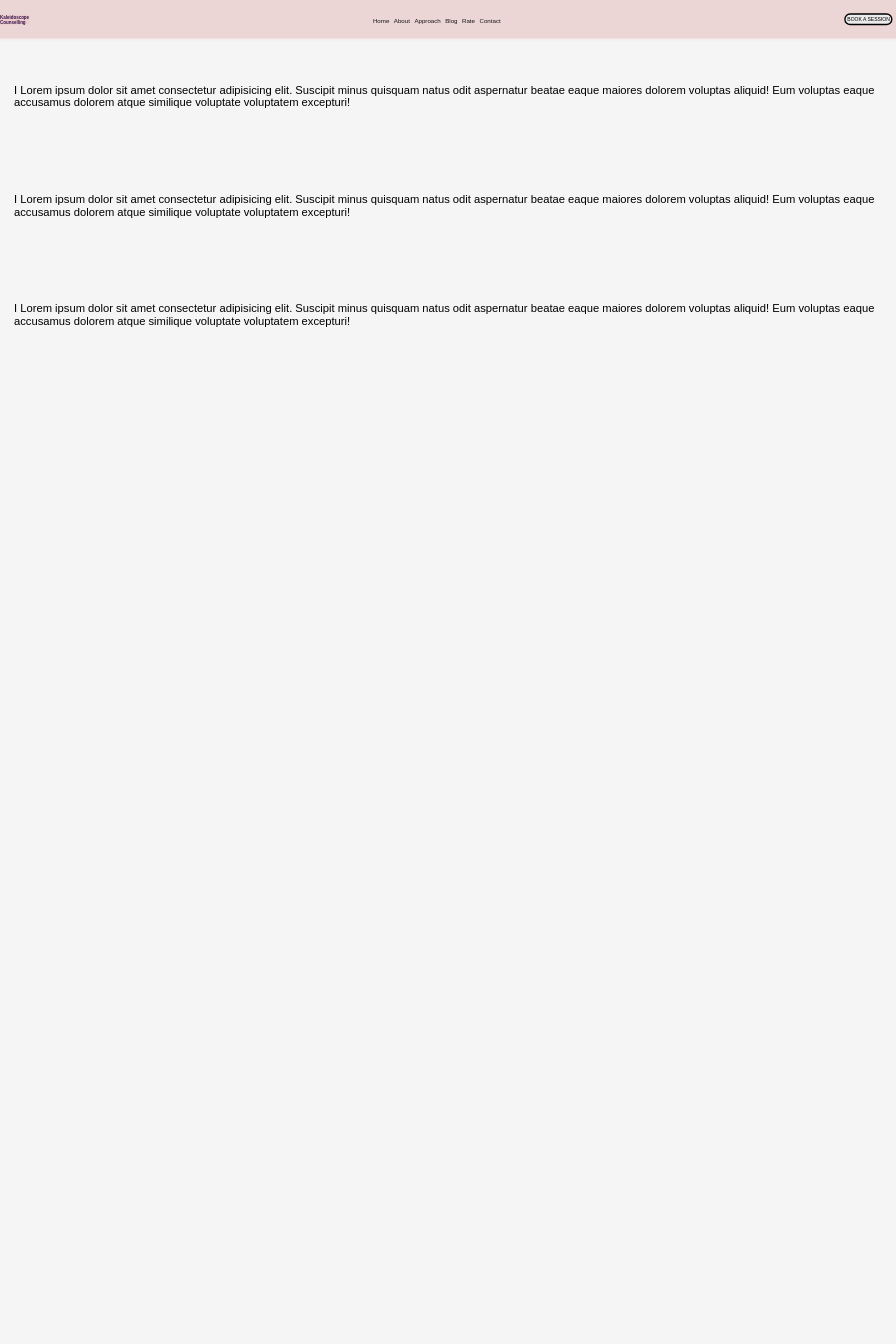
Repository: voutadi/ava-website
Page: index.html
These files come from the project's save history. The page is drawn as it stood at one moment and after the next save; the edit follows.
The browser window is 1280 px wide. The pictures show the part of the page from y = 0 to 1920 px (the page is 3120 px tall), at 70% of full size.

Above is the page before, as saved 2024-07-03 18:21:12.

After the next save:
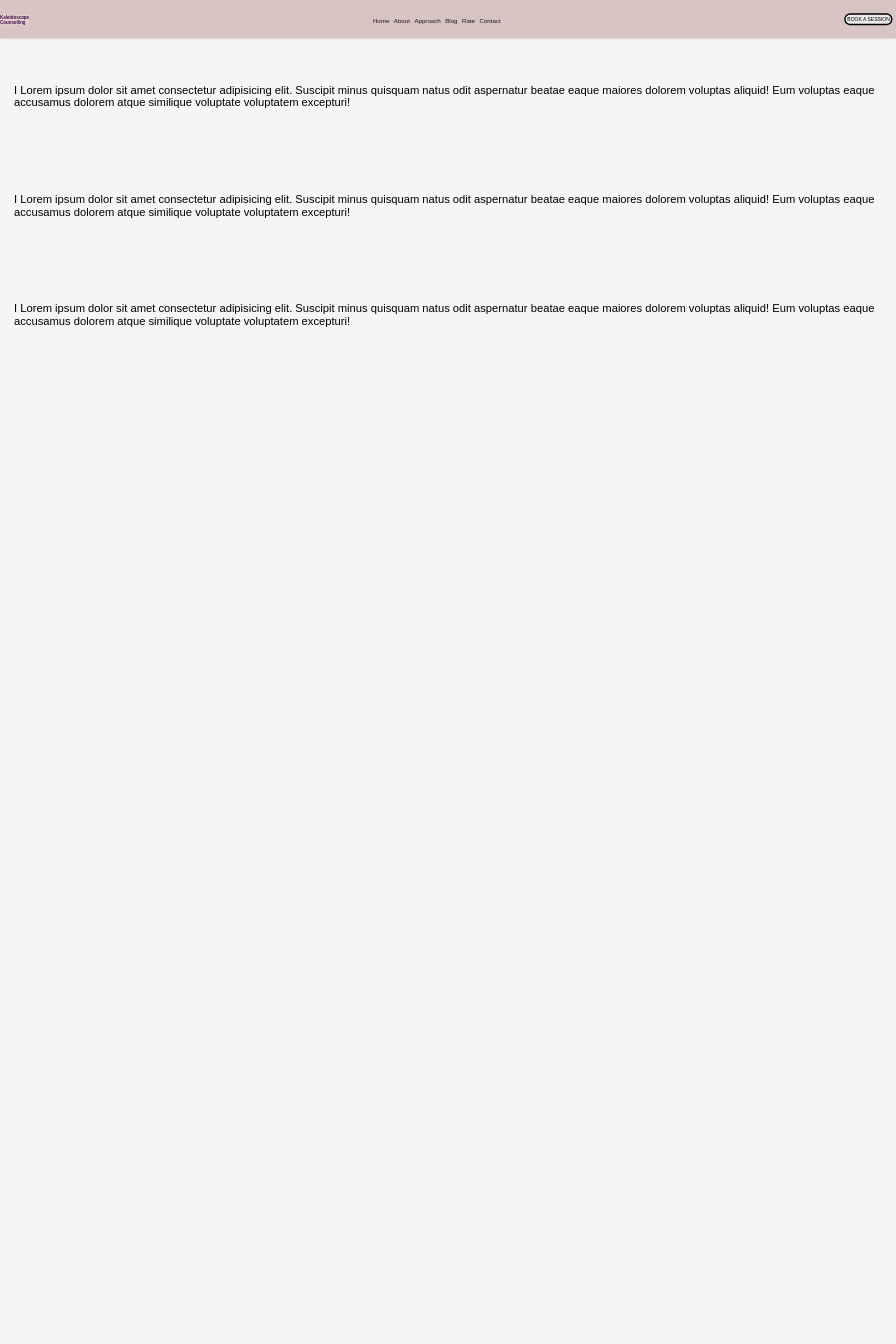
Saved 4 min 49 s later.
--- a/styles/style.css
+++ b/styles/style.css
@@ -16,7 +16,7 @@
   top: 0;
   left: 0;
   right: 0;
-  background-color: #ebd5d5;
+  background-color: #d9c4c4;
 
   display: flex;
   justify-content: space-between;
